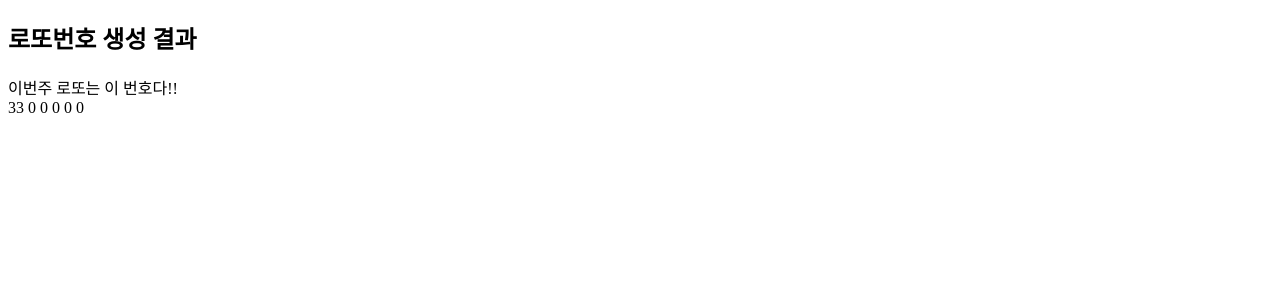
Repository: Andante8989/jsp_practice
Page: http://localhost/JSPBasic/jsptag/tag_quiz03.jsp
An editor plug-in stored every save of this project. The page is shown before and after the next save, followed by the edit.
The browser window is 1280 px wide. The pictures show the whole page.
The page is served by Tomcat 9.

Above is the page before, as saved 2022-03-24 08:44:28.

After the next save:
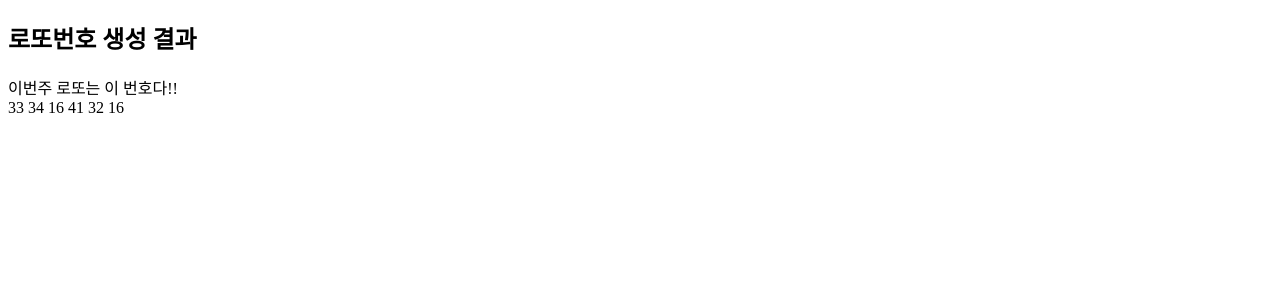
Saved 51 s later.
--- a/JSPBasic/src/main/webapp/jsptag/tag_quiz03.jsp
+++ b/JSPBasic/src/main/webapp/jsptag/tag_quiz03.jsp
@@ -7,13 +7,12 @@
 <title>Insert title here</title>
 </head>
 <body>
-<%
- int ran = (int)((Math.random() * 45) + 1);
-%>
+
  <h2>로또번호 생성 결과</h2>
 
  이번주 로또는 이 번호다!!<br/>
  <% for(int i = 0; i < 6; i++) { %>
+ <% int ran = (int)((Math.random() * 45) + 1);%>
  	 <%= ran %>
  	 <% ran = 0; %>
  	<%} %>
